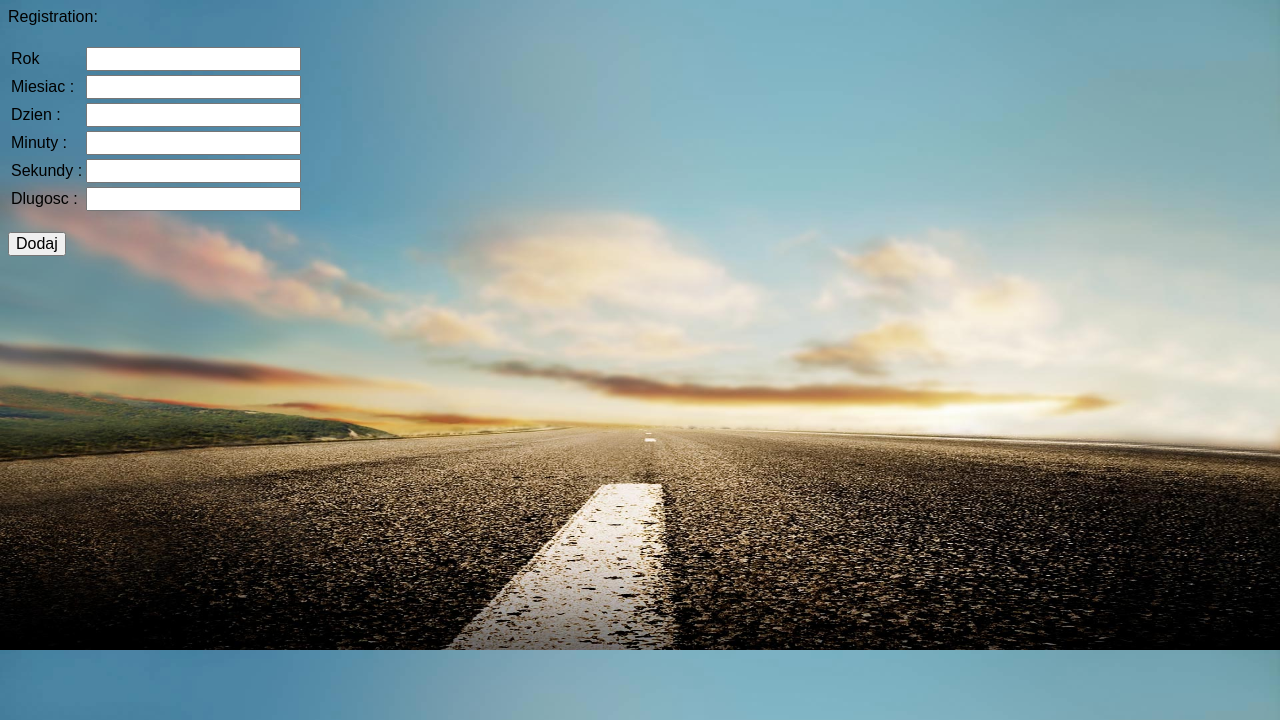
Repository: zlenyk/wrzucak
Page: Shop/WebContent/addTraining.html
The author's editor kept a copy of each file at every save. The page is drawn from the files as they stood at one save, then again after the next save.
The browser window is 1280 px wide. The pictures show the whole page.

Above is the page before, as saved 2013-09-24 14:45:28.

### Shop/WebContent/addTraining.html
<!DOCTYPE html>
<html>
<head>
<meta charset="UTF-8">
<link rel='Stylesheet' type='text/css' href='style.css' />
<title>Insert title here</title>
</head>
<body class = "back">
  <form method="POST" action="http://localhost:8080/Shop/AddTraining">
    Registration:<br /><br />
    <div class="CSSTableGenerator" >
	    <table>
	    	<tr>
	    		<td>Rok</td> <td><input type="text" name="year" /></td>
	    	</tr>
	    	<tr>
	    		<td>Miesiac :</td> <td><input type="text" name="month" /></td>
	    	</tr>
	    	<tr>
	    		<td>Dzien :</td> <td><input type="text" name="day" /></td>
	    	</tr>
	    	<tr>
	    		<td>Minuty :</td> <td><input type="text" name="minutes" /></td>
	    	</tr>
	    	<tr>
	    		<td>Sekundy :</td> <td><input type="text" name="seconds" /></td>
	    	</tr>
	    	<tr>
	    		<td>Dlugosc :</td> <td><input type="text" name="length" /></td>
	    	</tr>
	    </table>
    </div>
    <br />
    <input type="submit" value="Dodaj" />
  </form>
</body>
</html>

### Shop/WebContent/style.css
@CHARSET "UTF-8";

html {
    font-family: sans-serif; /* 1 */
}

a {
    background: transparent;
}
a:active,
a:hover {
    outline: 0;
}
h1 {
    font-size: 2em;
    margin: 0.67em 0;
}

fieldset {
    border: 1px solid #c0c0c0;
    margin: 0 2px;
    padding: 0.35em 0.625em 0.75em;
}

button,
input,
select,
textarea {
    font-family: inherit; /* 1 */
    font-size: 100%; /* 2 */
    margin: 0; /* 3 */
}

.back {
	background-image:url("images/running_background.jpg");
	background-size:100% 650px;
}

ul, ul li {
	display: block;
	list-style: none;
	margin: 0;
	padding: 0;
}

ul {
	width: 150px;
	padding: 2px 2px 1px 2px;
	background-color: #9ce;
	border: 3px double #28e;
}

ul li {
	border-bottom: 1px solid #9ce;
}

ul a:link, ul a:visited {
	display: block;
	width: 126px;
	text-decoration: none;
	padding: 7px;
	font-weight: bold;
	background-color: #27c;
	color: #def;
	border-left: 10px solid #25b;
}

ul a:hover {
	width: 136px;
	background-color: #28e;
	color: #fff;
	border-left: 20px solid #26d;
}
.box
{
	font-size: 12px;
	margin: 45px;
	width: 480px;
	text-align: left;
	border-collapse: collapse;
}
.box th
{
	font-size: 13px;
	font-weight: normal;
	padding: 8px;
	background: #b9c9fe;
	border-top: 4px solid #aabcfe;
	border-bottom: 1px solid #fff;
	color: #039;
}
.box td
{
	padding: 8px;
	background: #e8edff;
	border-bottom: 1px solid #fff;
	color: #669;
	border-top: 1px solid transparent;
}
.box tr:hover td
{
	background: #d0dafd;
	color: #339;
}

After the next save:
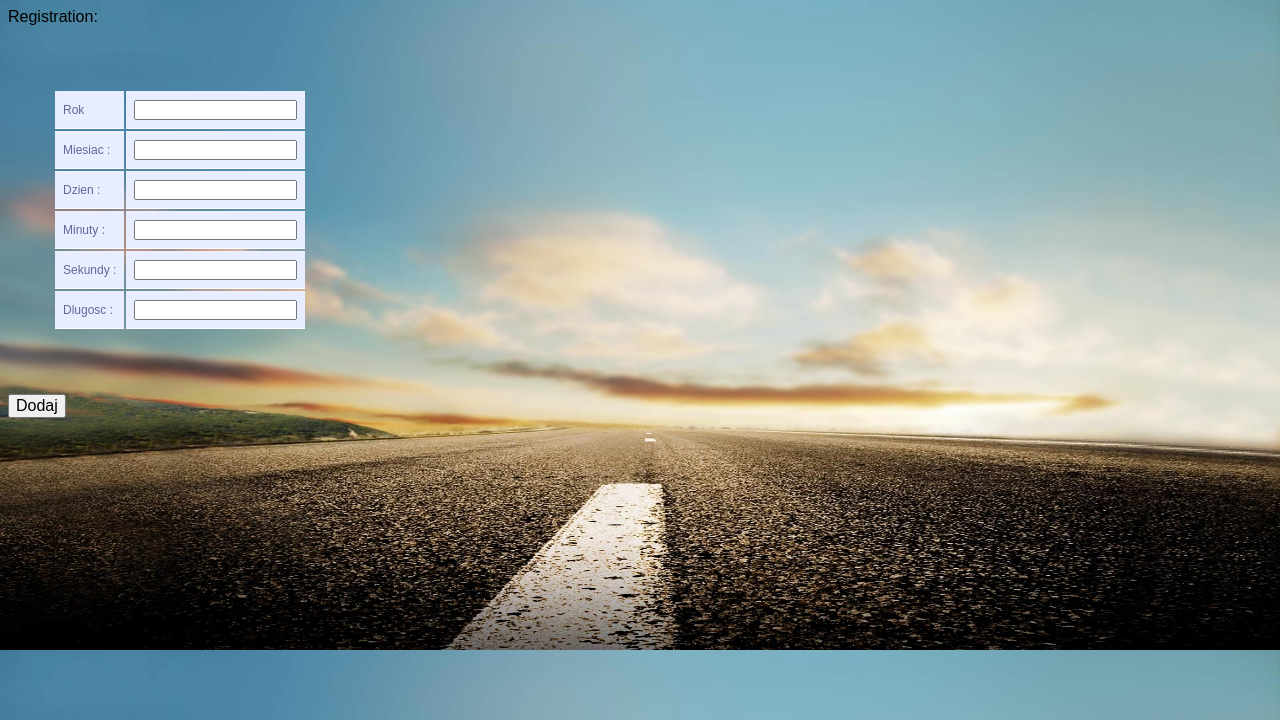
Saved 3 s later.
--- a/Shop/WebContent/addTraining.html
+++ b/Shop/WebContent/addTraining.html
@@ -8,7 +8,7 @@
 <body class = "back">
   <form method="POST" action="http://localhost:8080/Shop/AddTraining">
     Registration:<br /><br />
-    <div class="CSSTableGenerator" >
+    <div class="box" >
 	    <table>
 	    	<tr>
 	    		<td>Rok</td> <td><input type="text" name="year" /></td>
